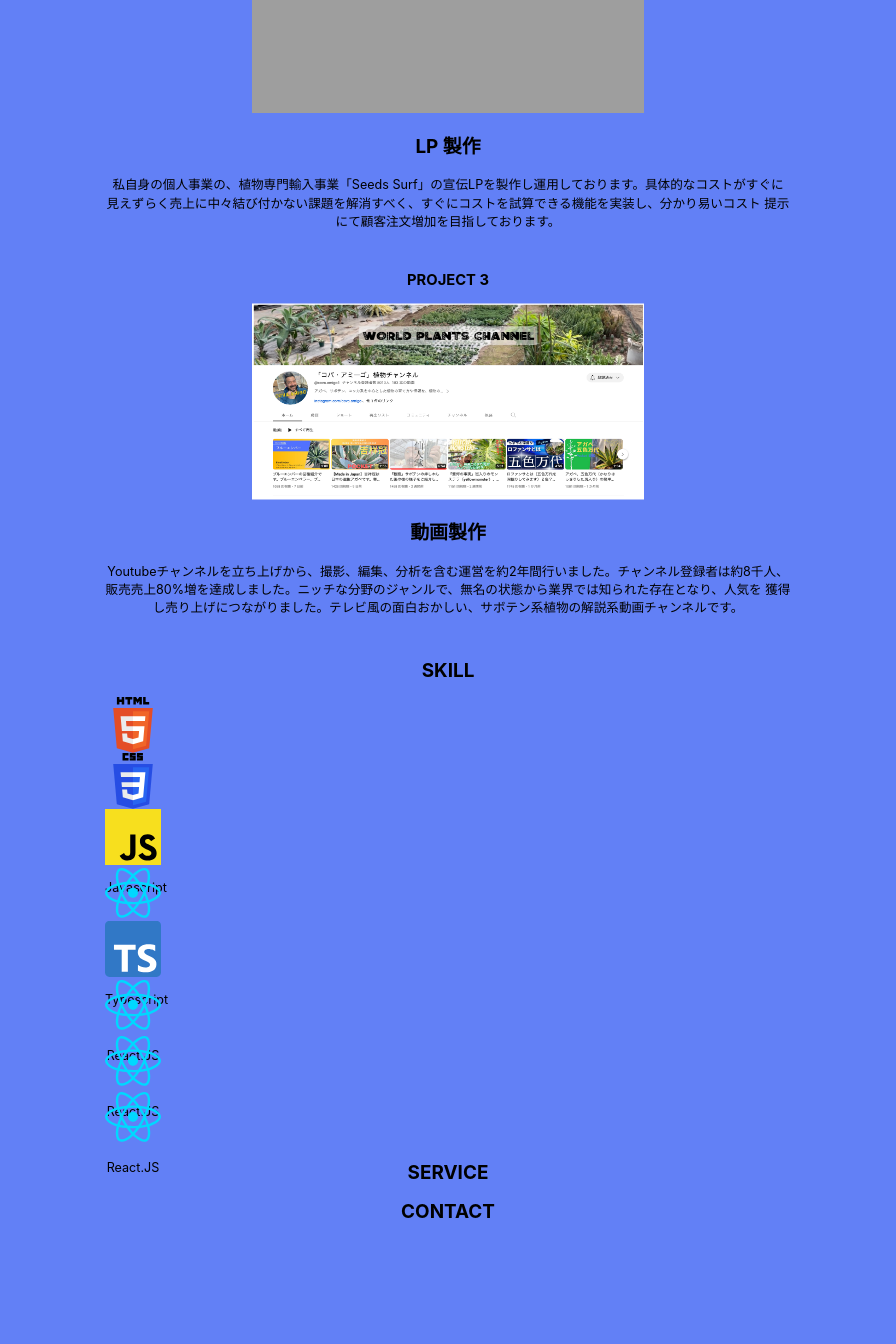
Repository: Seiya00002/my-portfolio-website2
Page: /
An editor plug-in stored every save of this project. The page is shown before and after the next save, followed by the edit.
The browser window is 1280 px wide. The pictures show the part of the page from y = 1341 to 3261 px (the page is 3261 px tall), at 70% of full size.
Pictures or frames that could not be fetched are drawn as grey boxes. The project was rebuilt for these pictures with package versions that can differ from the ones it lists, and the page was loaded fresh each time.

Above is the page before, as saved 2023-09-23 08:46:46.

After the next save:
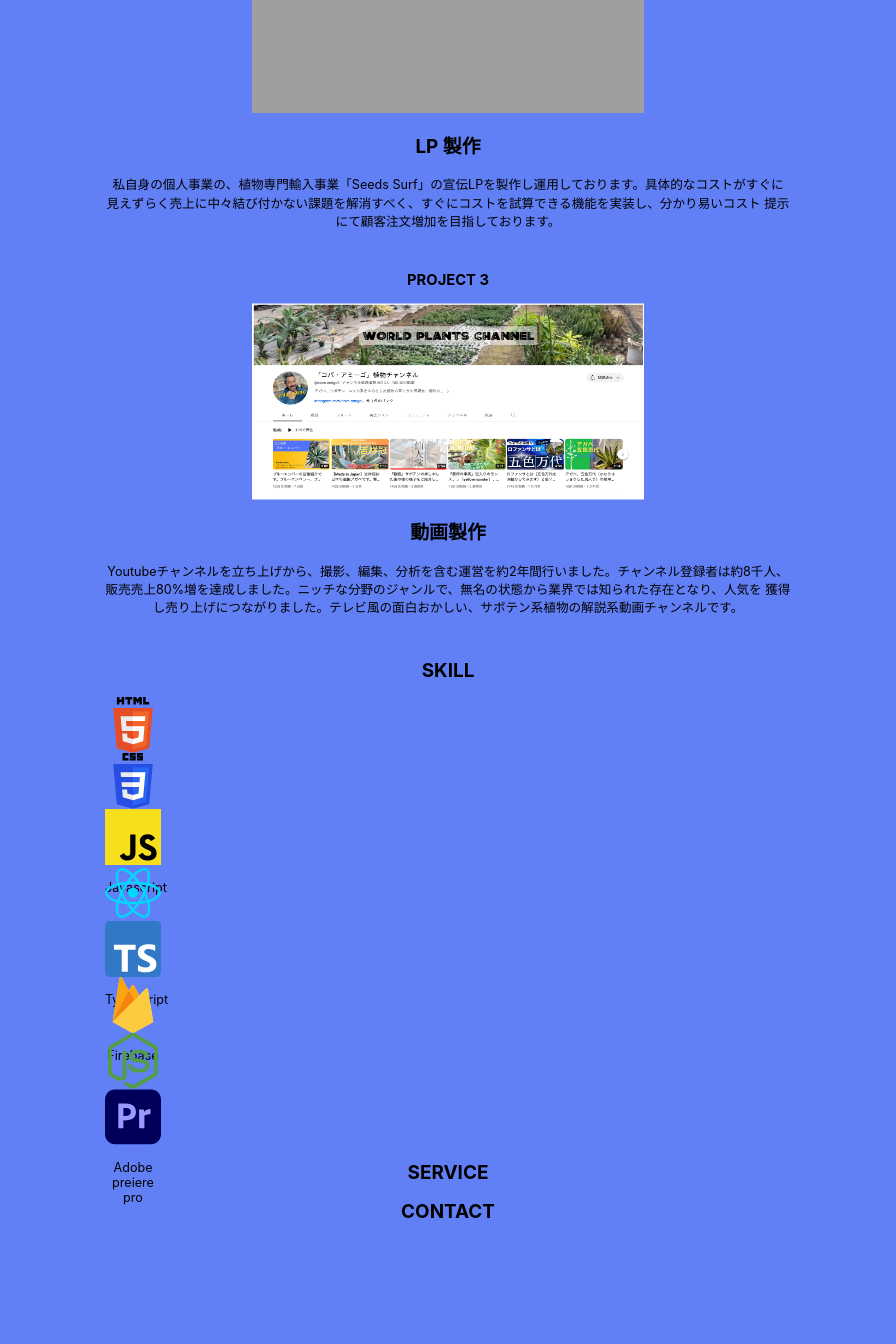
Saved 2 min 12 s later.
--- a/src/Components/Homepage.tsx
+++ b/src/Components/Homepage.tsx
@@ -87,16 +87,16 @@
                 <p>Typescript</p>
             </div>
             <div className='tech-icon'>
-                <img src='/image/react-icon.svg' />
-                <p>React.JS</p>
+                <img src='/image/firebase-icon.svg' />
+                <p>Firebase</p>
             </div>
             <div className='tech-icon'>
-                <img src='/image/react-icon.svg' />
-                <p>React.JS</p>
+                <img src='/image/nodejs-icon.svg' />
+                <p>Node.JS</p>
             </div>
             <div className='tech-icon'>
-                <img src='/image/react-icon.svg' />
-                <p>React.JS</p>
+                <img src='/image/adobe-premiere-icon.svg' />
+                <p>Adobe preiere pro</p>
             </div>
         </div>
 
